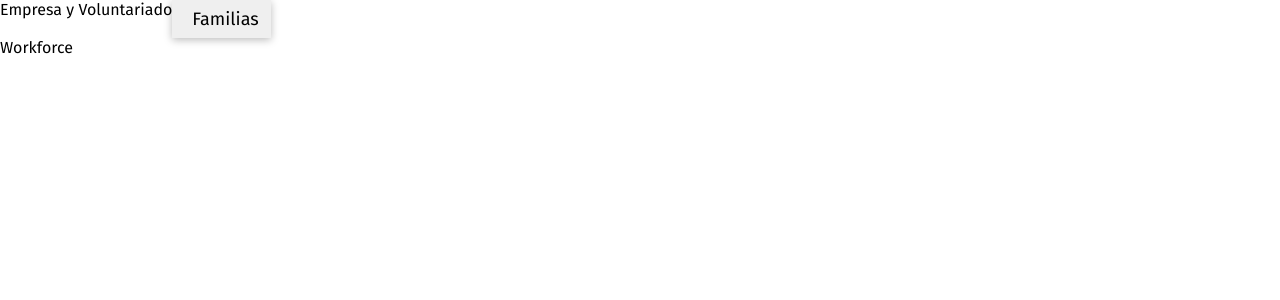
Repository: Synergy-club/reconstruction
Page: /
These files come from the project's save history. The page is drawn as it stood at one moment and after the next save; the edit follows.
The browser window is 1280 px wide. The pictures show the whole page.
The project was rebuilt for these pictures with package versions that can differ from the ones it lists, and the page was loaded fresh each time. Also part of the build but not shown: vite.config.js, src/views/Families/Families.jsx.

Above is the page before, as saved 2024-12-10 01:13:44.

After the next save:
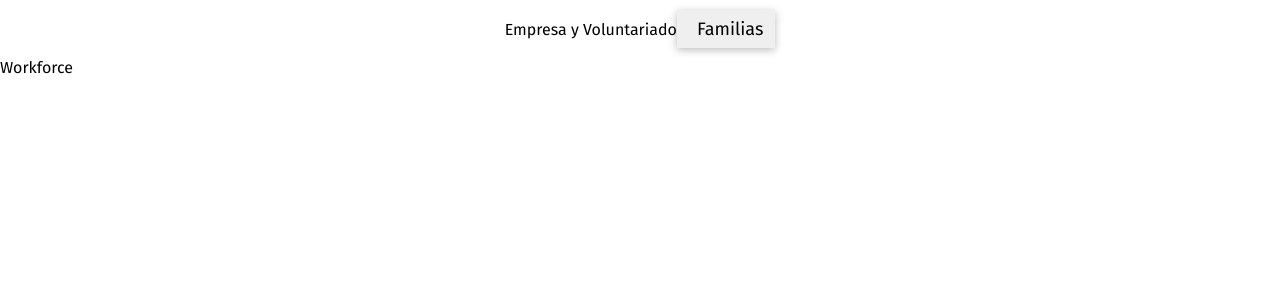
Saved 1 s later.
--- a/src/components/Header/Header.css
+++ b/src/components/Header/Header.css
@@ -1,4 +1,8 @@
 .nav__container{
+  width:100%;
+  padding: 10px 50px;
   display: flex;
-  width:100%;
+  justify-content: center;
+  align-items: center;
+
 }
